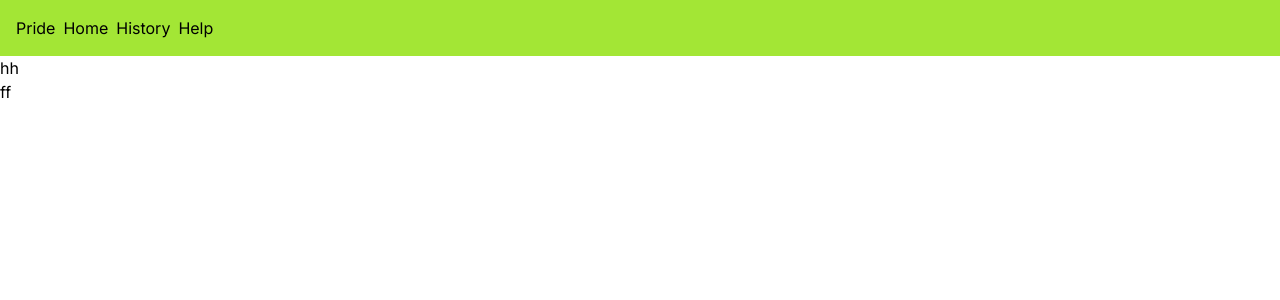
Repository: Semanmernstack/uber-mapbox
Page: /
An editor plug-in stored every save of this project. The page is shown before and after the next save, followed by the edit.
The browser window is 1280 px wide. The pictures show the whole page.
The page's requests for data from a server got no answer. The project was rebuilt for these pictures with package versions that can differ from the ones it lists, and the page was loaded fresh each time. Some packages were replaced by stand-ins written for this rebuild. The framework's server and built-in components were replaced by stand-ins that run in the browser. No one was signed in, and anything a server would have sent is missing. Also part of the build but not shown: next.config.js.

Above is the page before, as saved 2023-08-15 06:33:18.

After the next save:
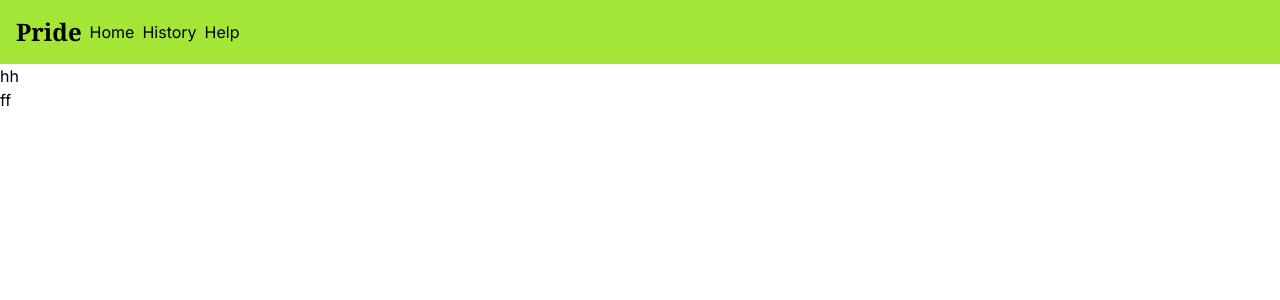
Saved 51 s later.
--- a/app/components/Nav.tsx
+++ b/app/components/Nav.tsx
@@ -6,7 +6,7 @@
     <div className="flex items-center justify-between p-4 bg-lime-400">
         <div className="flex items-center gap-2">
 
-            <h1>P<span>ride</span></h1>
+            <h1 className="font-extrabold font-serif text-2xl">P<span>ride</span></h1>
             <h2>Home</h2>
             <h2>History</h2>
             <h2>Help</h2>
